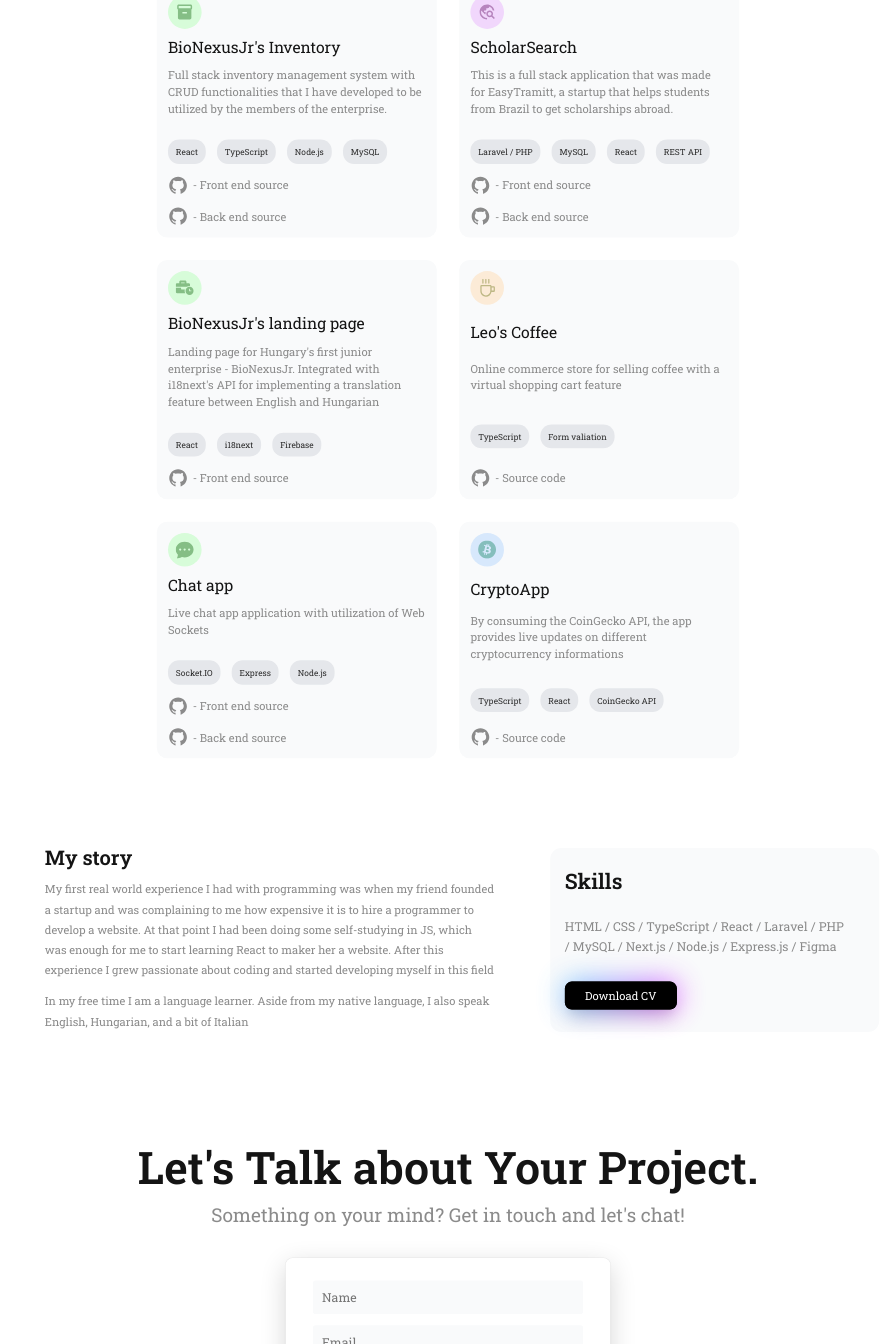
Repository: Leoka2000/portfolio-final
Page: /
The author's editor kept a copy of each file at every save. The page is drawn from the files as they stood at one save, then again after the next save.
The browser window is 1280 px wide. The pictures show the part of the page from y = 706 to 2626 px (the page is 2958 px tall), at 70% of full size.
The page's requests for data from a server got no answer. Some web fonts or font styles are not loaded; a fallback is used. The project was rebuilt for these pictures with package versions that can differ from the ones it lists, and the page was loaded fresh each time. No one was signed in, and anything a server would have sent is missing. Also part of the build but not shown: src/App.css. Imported but missing from the stored project, and not drawn on this page: src/assets/BioNexus.mp4, src/assets/LeoCV.pdf, src/assets/ScholarSearch.mp4, src/assets/chat-app.mp4.

Above is the page before, as saved 2023-05-29 18:10:03.

### public/index.html
<!DOCTYPE html>
<html lang="en">
  <head>
    <meta charset="utf-8" />
    <link rel="icon" href="%PUBLIC_URL%/favicon.ico" />
    <meta name="viewport" content="width=device-width, initial-scale=1" />
    <meta name="theme-color" content="#000000" />
    <meta
      name="description"
      content="Web site created using create-react-app"
    />
    <link rel="apple-touch-icon" href="%PUBLIC_URL%/logo192.png" />
    <!-- font -->
    <link rel="preconnect" href="https://fonts.googleapis.com">
    <link rel="preconnect" href="https://fonts.gstatic.com" crossorigin>
    <link href="https://fonts.googleapis.com/css2?family=Fira+Sans+Extra+Condensed:wght@300&family=Roboto+Condensed:wght@300&family=Roboto+Slab:wght@400;500;600&display=swap" rel="stylesheet">

    <!-- font -->
    <link rel="manifest" href="%PUBLIC_URL%/manifest.json" />

    <title>React App</title>
  </head>
  <body>
    <noscript>You need to enable JavaScript to run this app.</noscript>
    <div id="root"></div>
    <!--
      This HTML file is a template.
      If you open it directly in the browser, you will see an empty page.

      You can add webfonts, meta tags, or analytics to this file.
      The build step will place the bundled scripts into the <body> tag.

      To begin the development, run `npm start` or `yarn start`.
      To create a production bundle, use `npm run build` or `yarn build`.
    -->
  </body>
</html>

### src/pages/main/home.jsx
import React from 'react'
import Navbar from '../../compontents/navbar/navbar'
import Hero from './hero/hero'
import Work from './work/work-parent'
import About from './about/about'
import Contact from '../contact/contact'


const Home = () => {
  return (
    <>
      <Hero/>
      <Work/>
      <About/>
      <Contact/>
    </>
  )
}

export default Home

### src/compontents/navbar/navbar.css
.nav-navbar {
    display: flex;
    justify-content: flex-start;

    align-items: center;
    height: 90px;
}

.nav-navbar > span {
    display: flex;
    color: var(--h1);
    text-align: center;
    align-items: center;
    justify-content: center;
    background-color: #f5f5f5;
    font-weight: 300;
    padding: 9px 30px;
    border-radius: 30px;
    height: 2rem;
    gap: 1rem;
    width: auto;
    position: absolute;
    right: 30rem;

}
.nav-navbar > span > div {
width: 1.4rem;
border-radius: 100%;
background-color: rgb(101, 223, 101);
height: 1.4rem;
}
.dropdown-menu{
    position: absolute;
    right: 0;
    margin-right: 2rem;


}
.nav-dropdown {
    transform: none;
    transition: all 2s ease-in-out;
    margin-top: 1rem;
    background-color: #f5f5f5;
    position: absolute;
    top: 1;
    right: 0;
    border-radius: 10px;
    width: 10rem;
    height: 8.5rem;
    font-size: 1.2rem;
    transition: all .2s ease-in-out;
    box-shadow: rgba(0, 0, 0, 0.1) 0px 20px 25px -5px, rgba(0, 0, 0, 0.04) 0px 10px 10px -5px;
    opacity:1;
    transition:

     0s linear,
     1s linear;
}
.nav-dropdown::before {
    content: "";
z-index: -1;
position: absolute;
top: 0;
right: 0;
bottom: 0;
left: 0;
background: linear-gradient(-45deg,#e81cff,#40c9ff);
transform: translateZ(0) scale(.95);
filter: blur(20px);
opacity: .6;
transition: .3s;
border-radius: inherit;
transition: all 2s ease-in-out;

}
.dropdown{

    list-style: none;
    display: flex;
 flex-direction: column;
 padding: 1rem;
 transform: none;
 opacity:1;
    transition:

     0s linear,
     1s linear;


}

.dropdown > a {
    list-style: none;
    width: 84%;
    display: flex;
    padding: 0.5rem 1rem 0.5rem 0.7rem;
}
.dropdown > a > a {
    width: 100%;
}
.dropdown a:hover {
    background-color: rgb(219, 219, 219);
    cursor: pointer;
    border-radius: 10px;
    transition: 0.2s;
}
.nav-navbar > div > button {
    background-color: transparent;
    outline: none;
    border: none;
    display: flex;
    align-items: center;
    background-color: #f5f5f5;
    border-radius: 10px;

    padding: 0.8rem;
    justify-content: center;
    gap: 0.2rem;
    cursor: pointer;
    position: relative;
    transition: 0.3s;
}
.nav-navbar > div > button:hover {
background-color: rgb(228, 228, 228);
transform: scale(1.1);
}
.dropdown-menu > button > p {
    font-size: 1.2rem;

}
.dropdown-menu button svg {
    font-size: 1.5rem;
}

### src/pages/main/hero/hero.jsx
import React from 'react'
import {AiFillGithub} from 'react-icons/ai'
import {AiOutlineMail} from 'react-icons/ai'
import {AiFillLinkedin} from 'react-icons/ai'
import './hero.css'
import { Link } from 'react-scroll'

const hero = () => {
  return (
    <>
      <section className='hero-section'>
        <h1>Hi, I'm Leo, a front-end developer</h1>
        <p>I build things for the web primarily using React. Currently living in Hungary</p>
        <div className='icons-wrapper'>
          <a href='https://www.linkedin.com/in/leoreus/'><AiFillGithub/></a>
          <a href='https://github.com/Leoka2000'><AiOutlineMail/> </a>
          <a><AiFillLinkedin/></a>
        </div>
        <button className='hero-btn'> <Link to="contact" spy={true} smooth={true} offset={100} duration={500}>Hire me</Link></button>
      </section>
    </>
  )
}

export default hero

### src/pages/main/work/work-parent.jsx
import React from 'react'
import './work.css'
import Bionexus from './projects/bionexus/index'
import CoffeeApp from './projects/coffee/index'
import ChatApp from './projects/chatapp/index'
import EasyTramitt from './projects/easy/index'
import CryptoApp from './projects/cryptoapp/index'
import Inventory from './projects/inventory'



const Work = () => {
  return (
    <>
      <section id='work' className='work-section'>
        <header><h1>Selected work</h1></header>
        <main className='work-main'>
       <Inventory/>
        <EasyTramitt />
          <Bionexus />
          <CoffeeApp />
          <ChatApp />
          <CryptoApp />



        </main>


      </section>
    </>
  )
}

export default Work

### src/pages/main/hero/hero.css
.hero-section {
    display: flex;
    flex-direction: column;
    text-align: center;
    align-items: center;
    padding: 4rem 2rem 2rem 2rem;
    justify-content: center;
    gap: 1.5rem
}
.hero-section h1 {
    color: var(--h1);
    font-size: 4rem;
}
.hero-section p {
    color: var(--p);
    font-size: 2rem;
    line-height: 2.5rem;
    max-width: 45rem;

}
.icons-wrapper {
    font-size: 2rem;
    color: var(--p);
    background-color: #f5f5f5;
    border-radius: 25px;
    align-items: center;
    padding: 0.8rem 0 0.5rem 0;
    width: 12rem;
    display: flex;
    justify-content: center;
    gap: 1rem;
    cursor: pointer;

}
.icons-wrapper a {
    text-decoration: none;
    color: var(--p);
}
.icons-wrapper svg {
    transition: 0.4s;
}
.icons-wrapper svg:hover {
    color: rgb(0, 0, 0);
}


.hero-section > button {
    font-family: 'Fira Sans Extra Condensed', sans-serif;

    font-family: 'Inter', sans-serif;

    font-family: 'Roboto Condensed', sans-serif;

    font-family: 'Roboto Slab', serif;

    display: flex;
    justify-content: center;
    align-items: center;
    color: white;
    font-size: 1.3rem;
    width: 10rem;
    height: 3.5rem;
    border-radius: 10px;
    outline: none;
    background-color: black;
    border: none;
    position: relative;
    cursor: pointer;
    transition: all .2s ease-in-out;
    box-shadow: rgba(0, 0, 0, 0.1) 0px 20px 25px -5px, rgba(0, 0, 0, 0.04) 0px 10px 10px -5px;
}
.hero-section > button::before {
    content: "";
z-index: -1;
position: absolute;
top: 0;
right: 0;
bottom: 0;
left: 0;
background: linear-gradient(-45deg, #e81cff, #40c9ff);
transform: translateZ(1) scale(.98);
filter: blur(20px);
opacity: .6;
transition: opacity .3s;
border-radius: inherit;
transition: all .2s ease-in-out;
}
.hero-section > button::after {

        content: "";
        z-index: -1;
        position: absolute;
        top: 0;
        right: 0;
        bottom: 0;
        left: 0;
        background: inherit;
        border-radius: inherit;
      }

.hero-section > button:hover {
transform: scale(1.1);
background-color: white;
color: black;
}



@media screen and (max-width: 1000px) {
    .hero-section > h1 {
        color: var(--h1);
        font-size: 2rem;
    }
    .hero-section > p {
        font-size: 1.2rem;
        line-height: 1.4rem;
    }

}

### src/pages/main/work/projects/bionexus/index.jsx
import React from 'react'
import {FaBusinessTime} from 'react-icons/fa'
import {AiFillGithub} from 'react-icons/ai'

const index = () => {

  return (
    <a target='_blank' href='https://bionexusjr.com/' className='individual-wrapper'>
    <span id='work-2'><FaBusinessTime/></span>
    <h1>BioNexusJr's landing page</h1>
    <p>Landing page for Hungary's first junior enterprise - BioNexusJr. Integrated with i18next's API for implementing a translation feature between English and Hungarian</p>
    <div className='key-wrapper'>
    <span>React</span>
      <span>i18next</span>
      <span>Firebase</span>
    </div>
    <a target='_blank' href='https://github.com/Leoka2000/BioNexus-s-Website'><AiFillGithub/><p id='hover'>- Front end source</p></a>
  </a>
  )
}

export default index

### src/pages/main/work/projects/coffee/index.jsx
import React from 'react'
import {AiOutlineCoffee} from 'react-icons/ai'
import {AiFillGithub} from 'react-icons/ai'

const index = () => {
  return (
    <a target='_blank'  href='https://melodious-rabanadas-153006.netlify.app/' className='individual-wrapper'>
      <span id='work-3'><AiOutlineCoffee/></span>
      <h1>Leo's Coffee</h1>
      <p>Online commerce store for selling coffee with a virtual shopping cart feature</p>
      <div className='key-wrapper'>
        <span>TypeScript</span>
        <span>Form valiation</span>
      </div>
      <a target='_blank' href='https://github.com/Leoka2000/e-commerce-website'><AiFillGithub/><p id='hover'>- Source code</p></a>
    </a>
  )
}

export default index

### src/pages/main/work/projects/chatapp/index.jsx
import { useState } from 'react'
import { BsFillChatDotsFill } from 'react-icons/bs'
import { AiFillGithub } from 'react-icons/ai'
import video from '../../../../../assets/chat-app.mp4'

const Index = () => {
  const [isVideoPlaying, setIsVideoPlaying] = useState(false);

  const handleVideoClick = (event) => {
    const targetElement = event.target;
    const isGithubLink = targetElement.closest('.github-link');

    if (!isGithubLink) {
      setIsVideoPlaying(true);
      disableScroll();
    }
  };

  const handleQuitVideo = () => {
    setIsVideoPlaying(false);
    enableScroll();
  };

  const disableScroll = () => {
    document.body.style.overflow = 'hidden';
  };

  const enableScroll = () => {
    document.body.style.overflow = '';
  };

  return (
    <div>
      <div onClick={handleVideoClick} className='individual-wrapper'>
        <span id='work-4'><BsFillChatDotsFill /></span>
        <h1>Chat app</h1>
        <p>Live chat app application with utilization of Web Sockets</p>
        <div className='key-wrapper'>
          <span>Socket.IO</span>
          <span>Express</span>
          <span>Node.js</span>
        </div>
        <a target='_blank' href="https://github.com/Leoka2000/chat-app-front-end" className="github-link">
          <AiFillGithub />
          <p id="hover">- Front end source</p>
        </a>
        <a target='_blank' href="https://github.com/Leoka2000/chat-app-back-end" className="github-link">
          <AiFillGithub />
          <p id="hover">- Back end source</p>
        </a>
      </div>
      {isVideoPlaying && (
        <div className="video-overlay">
          <video src={video} controls autoPlay />
          <button onClick={handleQuitVideo}>Quit</button>
        </div>
      )}
    </div>
  )
}


export default Index

### src/pages/main/work/projects/easy/index.jsx
import React, { useState } from 'react';
import { MdTravelExplore } from 'react-icons/md';
import { AiFillGithub } from 'react-icons/ai';
import video from '../../../../../assets/ScholarSearch.mp4';

const Index = () => {
  const [isVideoPlaying, setIsVideoPlaying] = useState(false);

  const handleVideoClick = (event) => {
    const targetElement = event.target;
    const isGithubLink = targetElement.closest('.github-link');

    if (!isGithubLink) {
      setIsVideoPlaying(true);
      disableScroll();
    }
  };

  const handleQuitVideo = () => {
    setIsVideoPlaying(false);
    enableScroll();
  };

  const disableScroll = () => {
    document.body.style.overflow = 'hidden';
  };

  const enableScroll = () => {
    document.body.style.overflow = '';
  };

  return (
    <div>
      <div onClick={handleVideoClick} className="individual-wrapper">
        <span id="work-5">
          <MdTravelExplore />
        </span>
        <h1>ScholarSearch</h1>
        <p>
          This is a full stack application that was made for EasyTramitt, a
          startup that helps students from Brazil to get scholarships abroad.
        </p>
        <div className="key-wrapper">
          <span>Laravel / PHP</span>
          <span>MySQL</span>
          <span>React</span>
          <span>REST API</span>
        </div>
        <a target='_blank' href="https://github.com/Leoka2000/front-end-ScholarSearch" className="github-link">
          <AiFillGithub />
          <p id="hover">- Front end source</p>
        </a>
        <a  target='_blank' href="https://github.com/Leoka2000/back-end-laravel" className="github-link">
          <AiFillGithub />
          <p id="hover">- Back end source</p>
        </a>
      </div>

      {isVideoPlaying && (
        <div className="video-overlay">
          <video src={video} controls autoPlay />
          <button onClick={handleQuitVideo}>Quit</button>
        </div>
      )}
    </div>
  );
};

export default Index;

### src/pages/main/work/projects/cryptoapp/index.jsx
import React from 'react'
import {SiBitcoin} from 'react-icons/si'
import {AiFillGithub} from 'react-icons/ai'

const index = () => {
  return (
    <a target='_blank'  href='https://regal-macaron-8fc4ed.netlify.app/' className='individual-wrapper'>
      <span id='work-1'><SiBitcoin/></span>
      <h1>CryptoApp</h1>
      <p>By consuming the CoinGecko API, the app provides live updates on different cryptocurrency informations</p>
      <div className='key-wrapper'>
      <span>TypeScript</span>
      <span>React</span>
        <span>CoinGecko API</span>
      </div>
      <a href='https://github.com/Leoka2000/CryptoApp'><AiFillGithub/><p id='hover'>- Source code</p></a>
    </a>
  )
}

export default index

### src/pages/main/work/projects/inventory/index.jsx
import React, { useState } from 'react'
import { MdInventory } from 'react-icons/md'
import { AiFillGithub } from 'react-icons/ai'
import video from '../../../../../assets/BioNexus.mp4'

const Index = () => {
  const [isVideoPlaying, setIsVideoPlaying] = useState(false);

  const handleVideoClick = (event) => {
    const targetElement = event.target;
    const isGithubLink = targetElement.closest('.github-link');

    if (!isGithubLink) {
      setIsVideoPlaying(true);
      disableScroll();
    }
  };

  const handleQuitVideo = () => {
    setIsVideoPlaying(false);
    enableScroll();
  };

  const disableScroll = () => {
    document.body.style.overflow = 'hidden';
  };

  const enableScroll = () => {
    document.body.style.overflow = '';
  };

  return (
    <div>
      <div onClick={handleVideoClick} className='individual-wrapper'>
        <span id='work-2'><MdInventory /></span>
        <h1>BioNexusJr's Inventory</h1>
        <p>Full stack inventory management system with CRUD functionalities that I have developed to be utilized by the members of the enterprise.</p>
        <div className='key-wrapper'>
          <span>React</span>
          <span>TypeScript</span>
          <span>Node.js</span>
          <span>MySQL</span>
        </div>
        <a target='_blank' href="https://github.com/Leoka2000/inventory-bionexusjr" className="github-link">
          <AiFillGithub />
          <p id="hover">- Front end source</p>
        </a>
        <a target='_blank' href="https://github.com/Leoka2000/inventory-app-backend" className="github-link">
          <AiFillGithub />
          <p id="hover">- Back end source</p>
        </a>
      </div>
      {isVideoPlaying && (
        <div className="video-overlay">
          <video src={video} controls autoPlay />
          <button onClick={handleQuitVideo}>Quit</button>
        </div>
      )}
    </div>
  )
}

export default Index

### src/pages/main/about/about.css
.about-section {
    display: flex;
    gap: 0.5rem;
    padding: 7rem 1.5rem 5rem 4rem;
}

.left {
    display: flex;
    flex-direction: column;
    width: 50rem;
    gap: 1rem;

}
.left > h1 {
    color: var(--h1);
    font-size: 1.8rem;
}
.left > p {
    line-height: 1.8rem;
    color: var(--p);
    font-size: 1rem;
    font-weight: normal;
    -webkit-font-smoothing: antialiased;
    -moz-osx-font-smoothing: grayscale;
    width: 90%;

}

.right {
    display:flex;
    flex-direction: column;
    background-color: var(--background);
    border-radius: 16px;
    gap:1.6rem;
    padding: 1.3rem;
    justify-content: space-evenly;
    z-index: 0;
    width: 30rem;

}
.right > h1 {
    font-size: 1.9rem;
}
.right > p {
    color: var(--p);
    font-size: 1.1rem;
    line-height: 1.8rem;
    width: 95%;
}
.right-btn {
    display: flex;
    justify-content: center;
    align-items: center;
    color: white;
    font-size: 1rem;
    width: 10rem;
    height: 2.5rem;
    border-radius: 10px;
    outline: none;

    background-color: black;
    border: none;
    position: relative;
    cursor: pointer;
    transition: all .2s ease-in-out;
    box-shadow: rgba(0, 0, 0, 0.1) 0px 20px 25px -5px, rgba(0, 0, 0, 0.04) 0px 10px 10px -5px;
    font-family: 'Fira Sans Extra Condensed', sans-serif;

    font-family: 'Inter', sans-serif;

    font-family: 'Roboto Condensed', sans-serif;

    font-family: 'Roboto Slab', serif;
}
.right-btn::before {
    content:"";
z-index: -1;
position: absolute;
top: 0;
right: 0;
bottom: 0;

left: 0;
background: linear-gradient(-45deg, #e81cff, #40c9ff);
transform: translateZ(1) scale(.98);
filter: blur(20px);
opacity: 0.8;
transition: opacity .3s;
border-radius: inherit;
transition: all .2s ease-in-out;
}
.right-btn::after {

        content: "";
        z-index: -1;
        position: absolute;
        top: 0;
        right: 0;
        bottom: 0;
        left: 0;
        background: inherit;
        border-radius: inherit;
      }

      .right-btn:hover {
transform: scale(1.1);
background-color: white;
color: black;
}




@media screen and (max-width: 1150px) {
    .right {
        width: 35rem;


    }
    .left {
        width: 40rem;
        padding-left: 1.5rem;
    }
}

@media screen and (max-width: 1000px) {
    .about-section {
        flex-direction: column;
        padding-left: 0rem;
    }
    .right {
        width: 90%;



    }
    .left {
        width: 90%;
        padding-bottom: 1.5rem;


    }
    .left > p {
        width: 100%;
    }

    .right-btn {
        width: 13rem;
    }

    .right > p {

        font-size: 1.2rem;

    }
}

### src/pages/main/about/thingsido/index.jsx
import React from 'react'

const index = () => {
  return (
    <div className='left'>
            <h1>My story</h1>
            <p>My first real world experience I had with programming was when my friend founded a startup and was complaining to me how expensive it is to hire a programmer to develop a website. At that point I had been doing some self-studying in JS, which was enough for me to start learning React to maker her a website. After this experience I grew passionate about coding and started developing myself in this field</p>
            <p>In my free time I am a language learner. Aside from my native language, I also speak English, Hungarian, and a bit of Italian</p>
        </div>
  )
}

export default index

### src/pages/main/about/skills/index.jsx
import React from 'react'
import CV from '../../../../assets/LeoCV.pdf'
import './index.css'



const index = () => {
    return (
        <div className='right'>
            <h1>Skills</h1>
            <p>HTML / CSS / TypeScript / React / Laravel / PHP / MySQL / Next.js / Node.js / Express.js / Figma</p>
            <a href={CV} download className='right-btn'>Download CV</a>
        </div>
    )
}

export default index

Loaded but not shown: src/index.js (common file); src/index.css (common file); src/App.js (common file); src/pages/contact/inputs/index.js (55 lines, source omitted); src/compontents/navbar/navbar.js (35 lines, source omitted); src/firebaseConfig.js (27 lines, source omitted); src/pages/contact/contact.js (22 lines, source omitted); src/pages/main/about/about.js (15 lines, source omitted); src/pages/main/work/work.css (203 lines, source omitted); src/pages/contact/contact.css (159 lines, source omitted); src/pages/main/about/skills/index.css (no stored copy; drawn as an empty file)

After the next save:
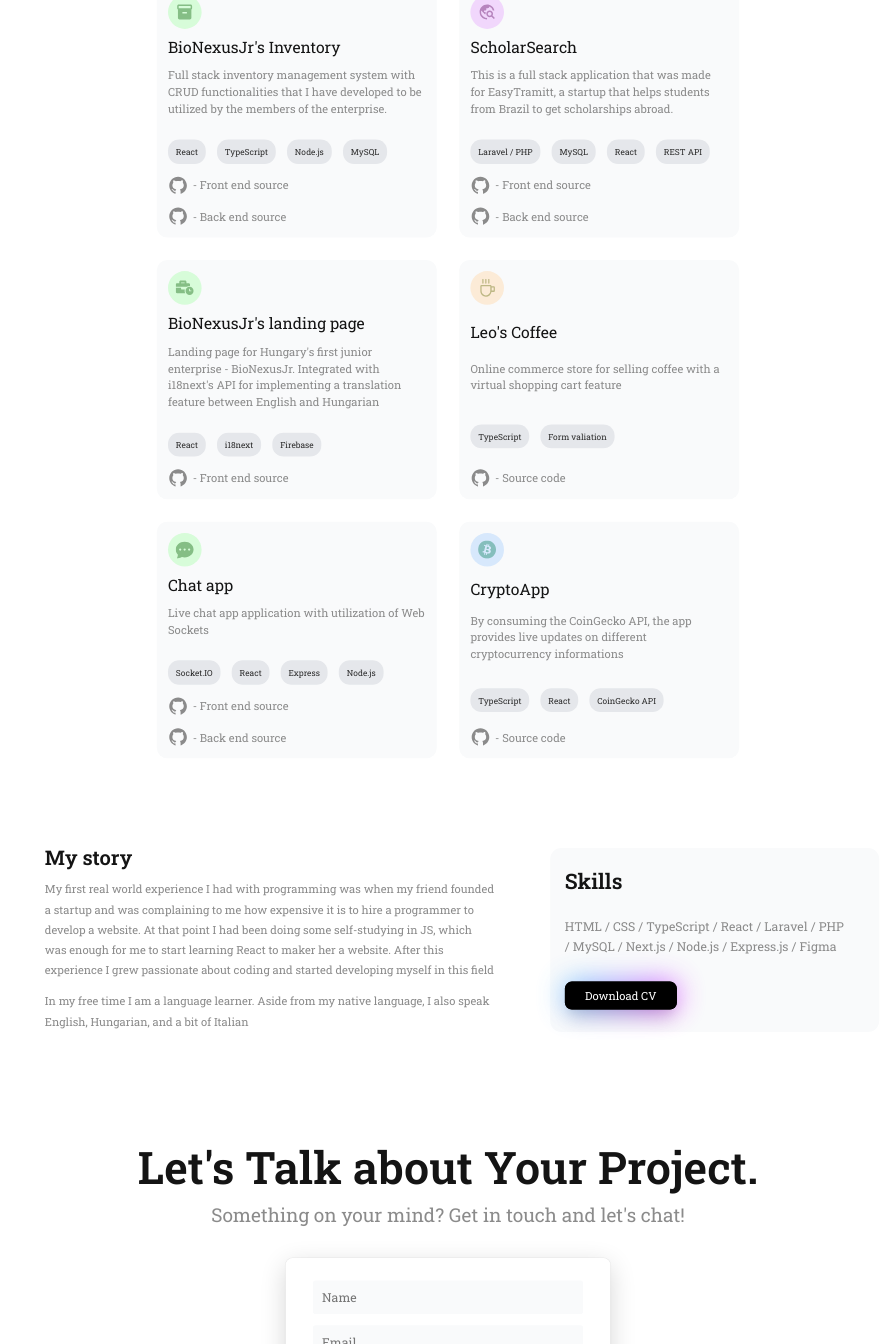
Saved 11 min 54 s later.
--- a/src/pages/main/work/projects/chatapp/index.jsx
+++ b/src/pages/main/work/projects/chatapp/index.jsx
@@ -37,6 +37,7 @@ const Index = () => {
         <p>Live chat app application with utilization of Web Sockets</p>
         <div className='key-wrapper'>
           <span>Socket.IO</span>
+          <span>React</span>
           <span>Express</span>
           <span>Node.js</span>
         </div>
